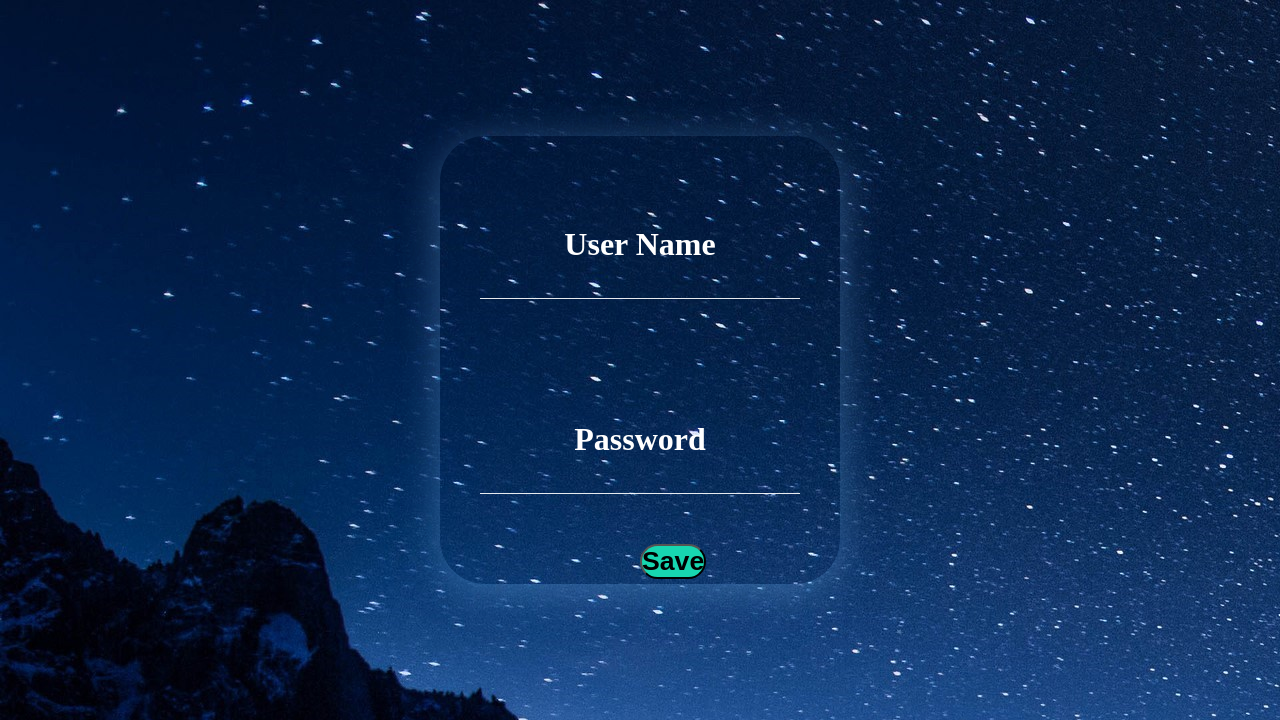
Repository: rkrukshan/Glass_Login_CSS
Page: login.html
These files come from the project's save history. The page is drawn as it stood at one moment and after the next save; the edit follows.
The browser window is 1280 px wide. The pictures show the whole page.

Above is the page before, as saved 2023-10-03 20:25:35.

After the next save:
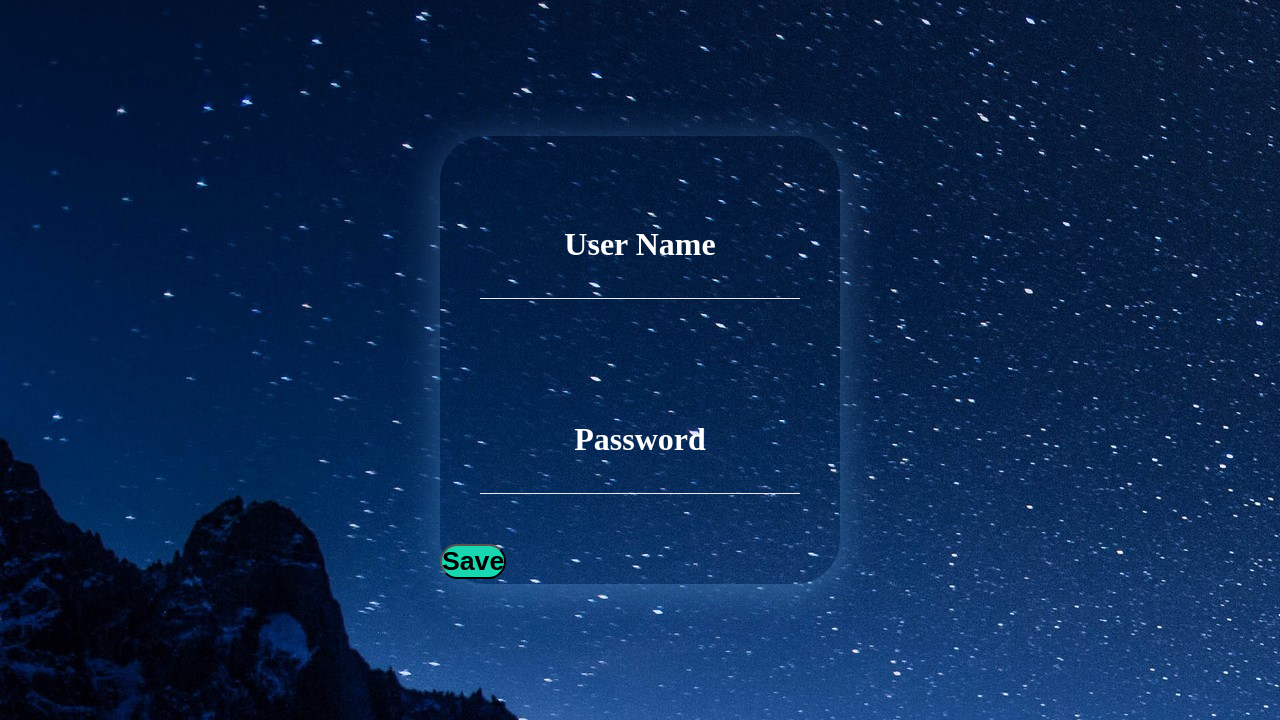
Saved 9 s later.
--- a/login.html
+++ b/login.html
@@ -54,7 +54,6 @@
 
 <body style="background-image: url(images/2.jpg);">
     <form action="">
-        <center>
             <br><br><br><br><br>
             <center><label for="" style="color:white">
                     <h1><strong>User Name</strong></h1>

After the save that followed:
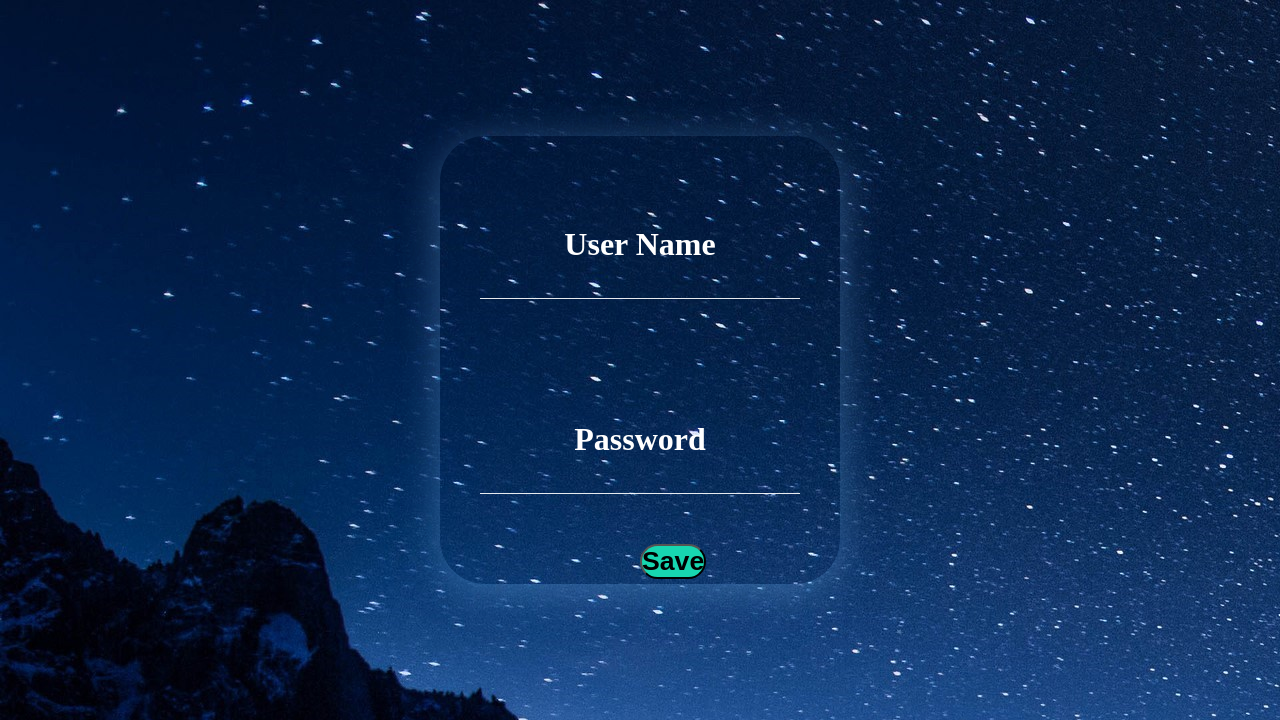
Saved 4 s later.
--- a/login.html
+++ b/login.html
@@ -66,6 +66,8 @@
                     <input type="text">
                 </label></center>
             <br>
+        <center>
+
             <button><h1>Save</h1></button>
         </center>
     </form>
